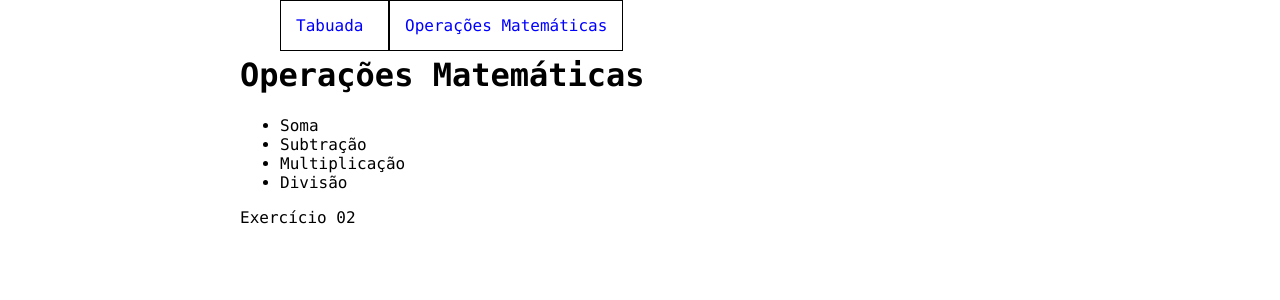
Repository: JulioCesarSF/Java
Page: http://localhost/Exercicio_02-JSPs/operacoes-matematicas.jsp
An editor plug-in stored every save of this project. The page is shown before and after the next save, followed by the edit.
The browser window is 1280 px wide. The pictures show the whole page.
The page is served by Tomcat 9.

Above is the page before, as saved 2016-08-17 18:50:17.

### ProjetosFaculdade/Thiago/Exercicio_02-JSPs/WebContent/operacoes-matematicas.jsp
<%@ page language="java" contentType="text/html; charset=ISO-8859-1"
	pageEncoding="ISO-8859-1"%>
<%@ page import="java.util.List"%>
<%@ page import="java.util.ArrayList"%>
<!DOCTYPE html PUBLIC "-//W3C//DTD HTML 4.01 Transitional//EN" "http://www.w3.org/TR/html4/loose.dtd">
<html>
<head>
<meta http-equiv="Content-Type" content="text/html; charset=ISO-8859-1">
<title>Operações Matemáticas</title>
<link rel="stylesheet" type="text/css" href="estilo.css">
</head>
<body>

	<div class="container">

		<%@ include file="topo.jsp"%>

		<div>
			<h1>Operações Matemáticas</h1>
		</div>

		<%
			List<String> o = new ArrayList<>(); //desde java 8 não precisa declarar String no segundo "diamante".
			o.add("Soma");
			o.add("Subtração");
			o.add("Multiplicação");
			o.add("Divisão");
		%>

		<ul>

			<%
				for (String tipo : o) {
			%>

			<li><%=tipo%></li>

			<%
				}
			%>

		</ul>

		<%@ include file="rodape.jsp"%>

	</div>

</body>
</html>

### ProjetosFaculdade/Thiago/Exercicio_02-JSPs/WebContent/topo.jsp
<div>
	<ul class="menu">
		<li><a href="tabuada.jsp">Tabuada</a>
		<li><a href="operacoes-matematicas.jps">Operações Matemáticas</a></li>
	</ul>
</div>

### ProjetosFaculdade/Thiago/Exercicio_02-JSPs/WebContent/rodape.jsp
<div>
	<p>Exercício 02</p>
</div>

### ProjetosFaculdade/Thiago/Exercicio_02-JSPs/WebContent/estilo.css
body{
	font-family: Consolas, Arial;
}

table{
	border-collapse: collapse;
}

td{
	border: 1px solid black;
	padding: 5px;
	text-align: center;
}

ul.menu li{
	display : inline;
	padding: 15px;
	border : 1px solid black;
}

ul.menu a{
	text-decoration: none;
	color: blue;
}

ul.menu a:HOVER {
	color : red;
}

div.container{
	width: 800px;
	margin: 0 auto;
}

After the next save:
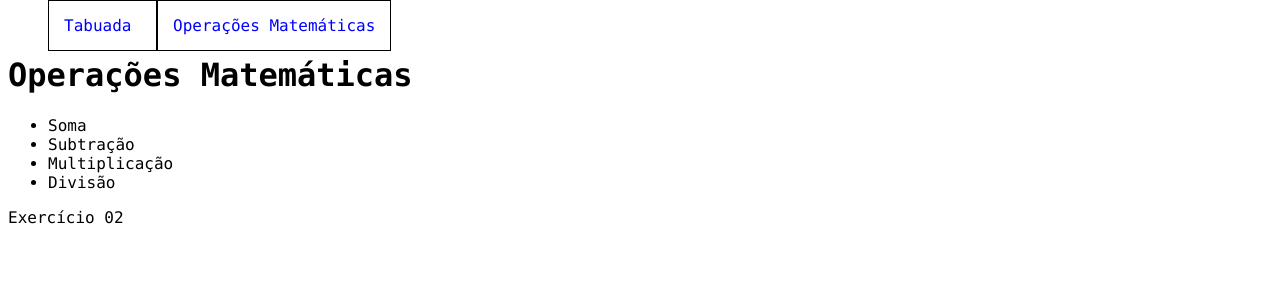
Saved 15 s later.
--- a/ProjetosFaculdade/Thiago/Exercicio_02-JSPs/WebContent/estilo.css
+++ b/ProjetosFaculdade/Thiago/Exercicio_02-JSPs/WebContent/estilo.css
@@ -28,6 +28,5 @@ ul.menu a:HOVER {
 }
 
 div.container{
-	width: 800px;
 	margin: 0 auto;
 }
